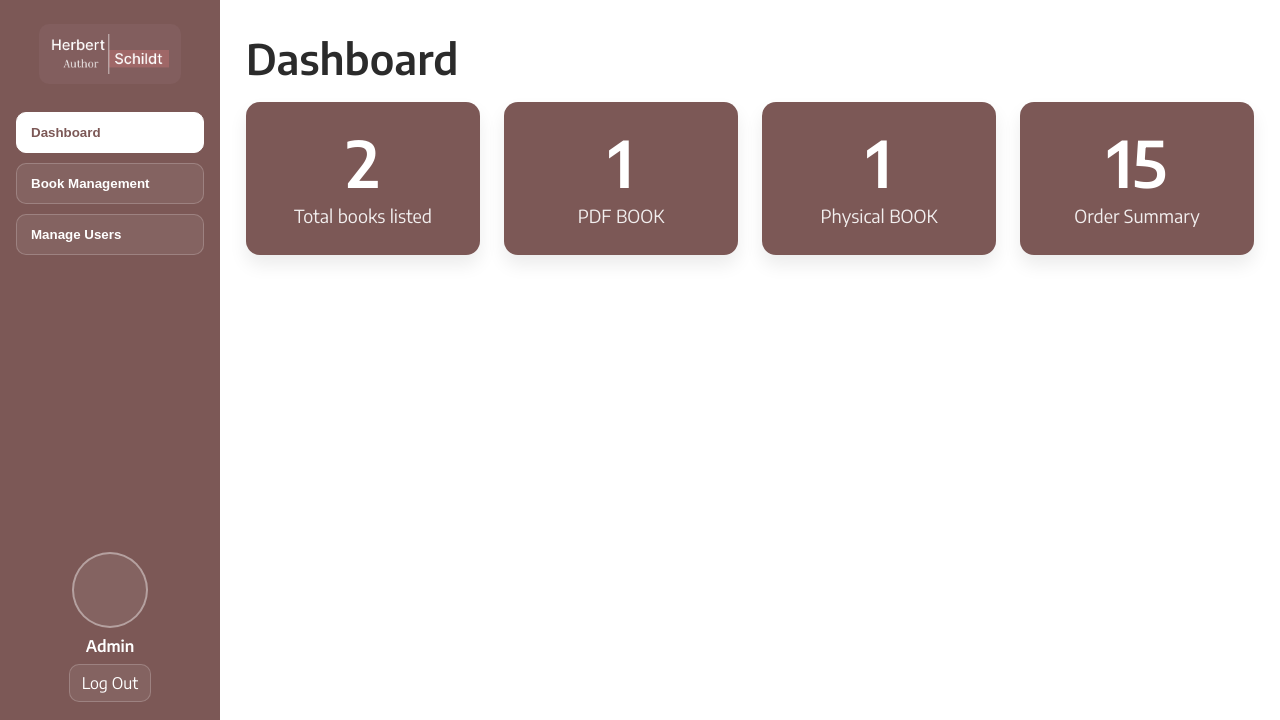
Repository: Darkrepo23/Author-Website-
Page: pages/Admin/admin.html
An editor plug-in stored every save of this project. The page is shown before and after the next save, followed by the edit.
The browser window is 1280 px wide. The pictures show the whole page.
The page's requests for data from a server got no answer.

Above is the page before, as saved 2025-09-11 08:17:48.

### pages/Admin/admin.html
<!DOCTYPE html>
<html lang="en">
<head>
  <meta charset="UTF-8" />
  <meta name="viewport" content="width=device-width, initial-scale=1.0" />
  <title>Admin | Herbert Schildt</title>
  <link rel="stylesheet" href="admin.css" />
  <link rel="preload" href="../font/Encode_Sans/static/EncodeSans-Regular.ttf" as="font" type="font/ttf" crossorigin>
  <link rel="preload" href="../font/Encode_Sans/static/EncodeSans-SemiBold.ttf" as="font" type="font/ttf" crossorigin>
</head>
<body>
  <aside class="sidebar">
    <div class="brand">
      <div class="brand-box">
        <img src="Group 10.png" alt="Herbert Schildt" class="brand-logo" />
      </div>
    </div>
    <button class="burger" id="burger" aria-label="Toggle menu">
      <span></span><span></span><span></span>
    </button>
    <nav class="menu">
      <button class="menu-item active" data-target="dashboard">Dashboard</button>
      <button class="menu-item" data-target="books">Book Management</button>
      <button class="menu-item" data-target="users">Manage Users</button>
    </nav>
    <div class="admin-profile">
      <div class="avatar" aria-hidden="true"></div>
      <div class="admin-name">Admin</div>
      <a href="../Login/pages/login.html" class="logout">Log Out</a>
    </div>
  </aside>

  <main class="content">
    <!-- DASHBOARD -->
    <section id="dashboard" class="section visible">
      <h1>Dashboard</h1>
      <div class="cards">
        <div class="card">
          <div class="card-num" id="stat-total-books">0</div>
          <div class="card-label">Total books listed</div>
        </div>
        <div class="card">
          <div class="card-num" id="stat-pdf">0</div>
          <div class="card-label">PDF BOOK</div>
        </div>
        <div class="card">
          <div class="card-num" id="stat-physical">0</div>
          <div class="card-label">Physical BOOK</div>
        </div>
        <div class="card">
          <div class="card-num" id="stat-orders">0</div>
          <div class="card-label">Order Summary</div>
        </div>
      </div>
    </section>

    <!-- BOOK MANAGEMENT -->
    <section id="books" class="section">
      <div class="section-head">
        <h1>Book Management</h1>
        <button class="primary" id="btn-open-add-book">
          <span class="icon-book" aria-hidden="true"></span>
          Add Book
        </button>
      </div>
      <div class="table-wrap">
        <table class="table">
          <thead>
            <tr>
              <th>Book Title</th>
              <th>Category</th>
              <th>Price</th>
              <th>Book Type</th>
              <th>Edit</th>
              <th>Delete</th>
            </tr>
          </thead>
          <tbody id="books-tbody"></tbody>
        </table>
      </div>
    </section>

    <!-- USERS -->
    <section id="users" class="section">
      <h1>Manage Users</h1>
      <div class="table-wrap">
        <table class="table">
          <thead>
            <tr>
              <th>Full Name</th>
              <th>Email</th>
              <th>Purchase Books</th>
              <th>Date Joined</th>
              <th>View</th>
            </tr>
          </thead>
          <tbody id="users-tbody"></tbody>
        </table>
      </div>
    </section>
  </main>

  <!-- Add/Edit Book Modal -->
  <div class="modal" id="book-modal" aria-hidden="true" role="dialog" aria-labelledby="book-modal-title">
    <div class="modal-card">
      <div class="modal-head">
        <h2 id="book-modal-title">Add New Books</h2>
        <button class="icon-close" id="book-modal-close" aria-label="Close"></button>
      </div>
      <div class="modal-body add-book-grid">
        <div class="book-image">
         <div class="img-cover"></div>
          <label class="secondary file-btn">
            <input type="file" id="book-cover" accept="image/*" hidden />
            Upload Image Book
          </label>
          <div class="field">
            <label>Book Type</label>
            <select id="book-type">
              <option value="PDF">PDF BOOK</option>
              <option value="PHYSICAL">PHYSICAL BOOK</option>
            </select>
          </div>
          <label class="secondary file-btn">
            <input type="file" id="book-pdf" accept="application/pdf" hidden />
            Upload PDF
          </label>
          <div class="physical-link">
            <input type="text" placeholder="Paste the website link" id="web-link">
          </div>
        </div>
        <form id="book-form" class="book-form" autocomplete="off">
          <div class="field">
            <label>Title</label>
            <input id="book-title" type="text" required />
          </div>
          <div class="field">
            <label>Description</label>
            <textarea id="book-description" rows="6"></textarea>
          </div>
          <div class="grid-3">
            <div class="field">
              <label>Price</label>
              <input id="book-price" type="number" step="0.01" min="0" required />
            </div>
            <div class="field">
              <label>Category</label>
              <input id="book-category" type="text" required />
            </div>
            <div class="field">
              <label>Rating</label>
              <input id="book-rating" type="number" step="0.1" min="0" max="5" />
            </div>
          </div>
          <div class="grid-3">
            <div class="field">
              <label>Year</label>
              <input id="book-year" type="number" min="1900" max="2100" />
            </div>
            <div class="field">
              <label>Pages</label>
              <input id="book-pages" type="number" min="1" />
            </div>
            <div class="field">
              <label>ISBN</label>
              <input id="book-isbn" type="text" />
            </div>
          </div>
          <div class="modal-actions">
            <button type="button" class="secondary" id="book-cancel">Go Back</button>
            <button type="submit" class="primary" id="book-submit">Add New Book</button>
          </div>
        </form>
      </div>
    </div>
  </div>

  <!-- User Details Modal -->
  <div class="modal" id="user-modal" aria-hidden="true" role="dialog" aria-labelledby="user-modal-title">
    <div class="modal-card">
      <div class="modal-head">
        <h2 id="user-modal-title">User Information</h2>
        <button class="icon-close" id="user-modal-close" aria-label="Close"></button>
      </div>
      <div class="modal-body">
        <div class="user-info">
          <div class="line"><span>Full Name:</span><b id="u-fullname"></b></div>
          <div class="line"><span>Email:</span><b id="u-email"></b></div>
          <div class="line"><span>Date Joined:</span><b id="u-joined"></b></div>
          <h3>Purchase Book</h3>
          <div id="u-books" class="chips"></div>
        </div>
        <div class="modal-actions gap">
          <button class="secondary" id="user-block">Block Account</button>
          <button class="danger" id="user-delete">Delete Account</button>
        </div>
      </div>
    </div>
  </div>

  <script src="admin.js"></script>
</body>
</html>

### pages/Admin/admin.css
@font-face {
  font-family: Encode;
  src: url("../font/Encode_Sans/static/EncodeSans-Regular.ttf") format("truetype");
  font-weight: 400;
  font-style: normal;
  font-display: swap;
}

@font-face {
  font-family: Encode;
  src: url("../font/Encode_Sans/static/EncodeSans-SemiBold.ttf") format("truetype");
  font-weight: 600;
  font-style: normal;
  font-display: swap;
}

:root {
  --brand: #7c5856;
  --brand-600: #6f4c4a;
  --text: #2b2b2b;
  --muted: #676767;
  --bg: #ffffff;
  --border: #d6d1d1;
  --shadow: 0 10px 18px rgba(0, 0, 0, .08);
}

* {
  box-sizing: border-box;
}

html,
body {
  height: 100%;
}

body {
  margin: 0;
  font-family: Encode, system-ui, -apple-system, Segoe UI, Roboto, Ubuntu, Cantarell, Noto Sans, sans-serif;
  color: var(--text);
  background: var(--bg);
  display: flex;
}

.sidebar {
  width: 220px;
  min-width: 220px;
  background: var(--brand);
  color: #fff;
  display: flex;
  flex-direction: column;
  position: sticky;
  top: 0;
  height: 100vh;
  padding: 18px 16px;
  gap: 18px;
}

.brand {
  display: flex;
  align-items: center;
  justify-content: center;
  padding: 6px 0 10px;
}

.brand-box {
  background: #825E5E;
  padding: 10px 12px;
  border-radius: 10px;
  display: inline-flex;
  align-items: center;
  justify-content: center;
}

.brand-logo {
  height: 40px;
  filter: brightness(100%);
}

.burger {
  display: none;
  position: absolute;
  top: 16px;
  right: -48px;
  background: #fff;
  border: none;
  border-radius: 8px;
  padding: 10px;
  box-shadow: var(--shadow);
  cursor: pointer;
}

.burger span {
  display: block;
  width: 22px;
  height: 2px;
  background: var(--brand);
  margin: 4px 0;
}

.menu {
  display: flex;
  flex-direction: column;
  gap: 10px;
}

.menu-item {
  background: #fff1;
  color: #fff;
  border: 1px solid #ffffff33;
  border-radius: 10px;
  padding: 12px 14px;
  text-align: left;
  font-weight: 600;
  cursor: pointer;
}

.img-cover {
  height: 13rem;
  border: 1px solid black;
  width: 10rem;
  background-image: url(../../img/books/Java2.jpg);
  background-repeat: no-repeat;
  background-position: center;
  border-radius: 5px;
  background-size: cover;
}

.menu-item.active,
.menu-item:hover {
  background: #fff;
  border-color: #fff;
  color: var(--brand);
}

.admin-profile {
  margin-top: auto;
  display: flex;
  flex-direction: column;
  align-items: center;
  gap: 8px;
}

.avatar {
  width: 76px;
  height: 76px;
  border-radius: 50%;
  background: #fff1;
  border: 2px solid #ffffff66;
}

.admin-name {
  font-weight: 600;
}

.logout {
  color: #fff;
  background: #fff1;
  border: 1px solid #ffffff33;
  border-radius: 10px;
  padding: 8px 12px;
  text-decoration: none;
}

.logout:hover {
  background: #fff;
  color: var(--brand);
}

.content {
  flex: 1;
  padding: 32px 26px;
}

.section {
  display: none;
}

.section.visible {
  display: block;
}

.section h1 {
  margin: 0 0 18px;
  font-size: 42px;
}

.cards {
  display: grid;
  grid-template-columns: repeat(4, minmax(170px, 1fr));
  gap: 24px;
}

.card {
  background: var(--brand);
  color: #fff;
  border-radius: 14px;
  padding: 28px;
  text-align: center;
  box-shadow: var(--shadow);
}

.card-num {
  font-size: 64px;
  font-weight: 700;
  line-height: 1;
}

.card-label {
  opacity: .9;
  margin-top: 10px;
  font-size: 18px;
}

.section-head {
  display: flex;
  align-items: center;
  justify-content: space-between;
  gap: 16px;
}

.primary,
.secondary,
.danger {
  border: none;
  border-radius: 10px;
  padding: 12px 18px;
  font-weight: 700;
  cursor: pointer;
}

.primary {
  background: var(--brand);
  color: #fff;
}

.primary:hover {
  background: var(--brand-600);
}

.secondary {
  background: #e9e4e4;
  color: var(--text);
}

.danger {
  background: #e02828;
  color: #fff;
}

.table-wrap {
  background: #fff;
  border: 1px solid var(--border);
  border-radius: 10px;
  overflow: auto;
}

.table {
  width: 100%;
  border-collapse: collapse;
  min-width: 740px;
}

.table th,
.table td {
  padding: 16px 18px;
  border-bottom: 1px solid var(--border);
}

.table thead th {
  background: #f6f3f3;
  text-align: left;
}

.table td .small {
  font-size: 12px;
  color: var(--muted);
}

.table button {
  padding: 8px 12px;
  border-radius: 8px;
  border: 1px solid var(--border);
  background: #eee;
  cursor: pointer;
}

.table button:hover {
  background: #e2dfdf;
}

/* MODAL */
.modal {
  position: fixed;
  inset: 0;
  background: rgba(0, 0, 0, .35);
  display: none;
  align-items: center;
  justify-content: center;
  padding: 20px;
}

.modal.show {
  display: flex;
}

.modal-card {
  width: min(980px, 100%);
  background: #fff;
  border-radius: 12px;
  box-shadow: var(--shadow);
  overflow: hidden;
}

.modal-head {
  display: flex;
  align-items: center;
  justify-content: space-between;
  padding: 18px 20px;
  border-bottom: 1px solid var(--border);
}

.modal-body {
  padding: 20px;
}

.icon-close {
  width: 32px;
  height: 32px;
  border-radius: 8px;
  border: 1px solid var(--border);
  background: #f5f5f5;
  cursor: pointer;
}

.icon-close:before {
  content: "\00D7";
  display: block;
  text-align: center;
  font-size: 20px;
  line-height: 30px;
  color: var(--text);
}

.add-book-grid {
  display: grid;
  grid-template-columns: 280px 1fr;
  gap: 24px;
}

#book-type {
  border-radius: 5px;
  outline: none;
  border: 1px s;
}

.book-image img {
  width: 100%;
  height: auto;
  border: 1px solid var(--border);
  border-radius: 8px;
}

.file-btn {
  display: inline-block;
  text-align: center;
  margin-top: 10px;
}

.book-form .field {
  display: flex;
  flex-direction: column;
  gap: 8px;
  margin-bottom: 12px;
}

.book-form input,
.book-form textarea,
.book-form select {
  padding: 12px 12px;
  border: 1px solid var(--border);
  border-radius: 10px;
  font: inherit;
}

.grid-3 {
  display: grid;
  grid-template-columns: repeat(3, 1fr);
  gap: 12px;
}

.modal-actions {
  display: flex;
  justify-content: flex-end;
  gap: 12px;
  margin-top: 8px;
}

.modal-actions.gap {
  justify-content: flex-start;
}

.user-info .line {
  display: flex;
  gap: 8px;
  margin: 6px 0;
  color: var(--muted);
}

.user-info h3 {
  margin-top: 12px;
}

.chips {
  display: flex;
  flex-wrap: wrap;
  gap: 10px;
  margin-top: 6px;
}

.chips:empty:before {
  content: "No purchase yet";
  color: var(--muted);
}

.chips .chip {
  background: #f0eeee;
  border: 1px solid var(--border);
  border-radius: 999px;
  padding: 6px 10px;
  font-size: 14px;
}

/* RESPONSIVE */
@media (max-width: 1024px) {
  .cards { grid-template-columns: repeat(2, 1fr); }
}

@media (max-width: 840px) {
  .sidebar {
    position: fixed;
    left: 0;
    z-index: 20;
    transform: translateX(-100%);
    transition: transform .25s;
  }
  .sidebar.open { transform: none; }
  .burger { display: block; }
  .content { padding: 24px 16px; margin-left: 0; }
  .add-book-grid { grid-template-columns: 1fr; }
  .grid-3 { grid-template-columns: 1fr; }
}

### pages/Admin/admin.js
/* Minimal, readable JS for the Admin dashboard. Uses localStorage for demo data. */
(function(){
  "use strict";

  const $ = (sel, root=document) => root.querySelector(sel);
  const $$ = (sel, root=document) => Array.from(root.querySelectorAll(sel));

  const SECTIONS = {
    dashboard: $('#dashboard'),
    books: $('#books'),
    users: $('#users')
  };

  const STORAGE_KEYS = {
    books: 'hs_books',
    users: 'hs_users',
    orders: 'hs_orders'
  };

  function getData(key, fallback){
    try{ return JSON.parse(localStorage.getItem(key)) ?? fallback; }catch{ return fallback; }
  }
  function setData(key, value){ localStorage.setItem(key, JSON.stringify(value)); }

  // Seed demo data if empty
  function seed(){
    const seeded = getData('hs_seeded', false);
    if(seeded) return;
    const demoBooks = [
      {id: crypto.randomUUID(), title:'C: The Complete Reference', category:'C Programming', price:49.99, type:'PDF'},
      {id: crypto.randomUUID(), title:'Java: The Complete Reference', category:'Java Programming', price:59.99, type:'PHYSICAL'}
    ];
    const demoUsers = [
      {id: crypto.randomUUID(), name:'C: The Compl...', email:'c@example.com', purchases:['Java Programming..'], joined:'10/11/2025', blocked:false},
    ];
    const demoOrders = 15;
    setData(STORAGE_KEYS.books, demoBooks);
    setData(STORAGE_KEYS.users, demoUsers);
    setData(STORAGE_KEYS.orders, demoOrders);
    setData('hs_seeded', true);
  }

  function switchSection(target){
    Object.values(SECTIONS).forEach(s => s.classList.remove('visible'));
    SECTIONS[target].classList.add('visible');
    $$('.menu-item').forEach(b => b.classList.toggle('active', b.dataset.target===target));
  }

  // Dashboard counters
  function refreshStats(){
    const books = getData(STORAGE_KEYS.books, []);
    const total = books.length;
    const pdf = books.filter(b => b.type==='PDF').length;
    const physical = books.filter(b => b.type==='PHYSICAL').length;
    const orders = getData(STORAGE_KEYS.orders, 0);
    $('#stat-total-books').textContent = total;
    $('#stat-pdf').textContent = pdf;
    $('#stat-physical').textContent = physical;
    $('#stat-orders').textContent = orders;
  }

  // BOOK MANAGEMENT
  function renderBooks(){
    const tbody = $('#books-tbody');
    const books = getData(STORAGE_KEYS.books, []);
    tbody.innerHTML = books.map(b => `
      <tr>
        <td>${b.title}</td>
        <td>${b.category}</td>
        <td>$${Number(b.price).toFixed(2)}</td>
        <td>${b.type}</td>
        <td><button data-action="edit" data-id="${b.id}">EDIT</button></td>
        <td><button data-action="delete" data-id="${b.id}">DELETE</button></td>
      </tr>
    `).join('');
  }

  function openBookModal(editId){
    const modal = $('#book-modal');
    const titleEl = $('#book-modal-title');
    const submitBtn = $('#book-submit');
    const form = $('#book-form');
    const typeSel = $('#book-type');
    const fields = {
      title: $('#book-title'),
      description: $('#book-description'),
      price: $('#book-price'),
      category: $('#book-category'),
      rating: $('#book-rating'),
      year: $('#book-year'),
      pages: $('#book-pages'),
      isbn: $('#book-isbn')
    };
    form.reset();
    form.dataset.editId = editId || '';
    if(editId){
      const book = getData(STORAGE_KEYS.books, []).find(b => b.id===editId);
      if(book){
        titleEl.textContent = 'Edit Book';
        submitBtn.textContent = 'Save Changes';
        fields.title.value = book.title;
        fields.price.value = book.price;
        fields.category.value = book.category;
        typeSel.value = book.type;
      }
    } else {
      titleEl.textContent = 'Add New Books';
      submitBtn.textContent = 'Add New Book';
    }
    modal.classList.add('show');
    modal.setAttribute('aria-hidden', 'false');
  }

  function closeBookModal(){
    const modal = $('#book-modal');
    modal.classList.remove('show');
    modal.setAttribute('aria-hidden', 'true');
  }

  function handleBookSubmit(e){
    e.preventDefault();
    const books = getData(STORAGE_KEYS.books, []);
    const typeSel = $('#book-type');
    const newData = {
      title: $('#book-title').value.trim(),
      category: $('#book-category').value.trim(),
      price: Number($('#book-price').value || 0),
      type: typeSel.value
    };
    const editId = e.currentTarget.dataset.editId;
    if(editId){
      const idx = books.findIndex(b => b.id===editId);
      if(idx>-1) books[idx] = {...books[idx], ...newData};
    }else{
      books.push({id: crypto.randomUUID(), ...newData});
    }
    setData(STORAGE_KEYS.books, books);
    closeBookModal();
    renderBooks();
    refreshStats();
  }

  function onBooksTableClick(e){
    const btn = e.target.closest('button');
    if(!btn) return;
    const id = btn.dataset.id;
    const action = btn.dataset.action;
    if(action==='edit') openBookModal(id);
    if(action==='delete'){
      const books = getData(STORAGE_KEYS.books, []);
      setData(STORAGE_KEYS.books, books.filter(b => b.id!==id));
      renderBooks();
      refreshStats();
    }
  }

  // USERS MANAGEMENT
  function renderUsers(){
    const tbody = $('#users-tbody');
    const users = getData(STORAGE_KEYS.users, []);
    tbody.innerHTML = users.map(u => `
      <tr>
        <td>${u.name}</td>
        <td>${u.email}</td>
        <td>${(u.purchases?.[0]||'').slice(0,16) || ''}</td>
        <td>${u.joined || ''}</td>
        <td><button data-action="view" data-id="${u.id}">View</button></td>
      </tr>
    `).join('');
  }

  function openUserModal(id){
    const users = getData(STORAGE_KEYS.users, []);
    const user = users.find(u => u.id===id);
    if(!user) return;
    $('#u-fullname').textContent = user.name;
    $('#u-email').textContent = user.email;
    $('#u-joined').textContent = user.joined || '';
    const chips = $('#u-books');
    chips.innerHTML = (user.purchases||[]).map(t => `<span class="chip">${t}</span>`).join('');
    $('#user-delete').onclick = function(){
      setData(STORAGE_KEYS.users, users.filter(u => u.id!==id));
      closeUserModal();
      renderUsers();
    };
    $('#user-block').onclick = function(){
      const idx = users.findIndex(u => u.id===id);
      if(idx>-1){ users[idx].blocked = !users[idx].blocked; setData(STORAGE_KEYS.users, users); }
      closeUserModal();
      renderUsers();
    };
    $('#user-modal').classList.add('show');
    $('#user-modal').setAttribute('aria-hidden','false');
  }

  function closeUserModal(){
    $('#user-modal').classList.remove('show');
    $('#user-modal').setAttribute('aria-hidden','true');
  }

  function onUsersTableClick(e){
    const btn = e.target.closest('button');
    if(!btn) return;
    if(btn.dataset.action==='view') openUserModal(btn.dataset.id);
  }

  // NAV + responsive sidebar
  function setupNav(){
    $$('.menu-item').forEach(b => b.addEventListener('click', ()=> switchSection(b.dataset.target)));
    $('#btn-open-add-book').addEventListener('click', ()=> openBookModal());
    $('#books-tbody').addEventListener('click', onBooksTableClick);
    $('#users-tbody').addEventListener('click', onUsersTableClick);
    $('#book-modal-close').addEventListener('click', closeBookModal);
    $('#book-cancel').addEventListener('click', closeBookModal);
    $('#book-form').addEventListener('submit', handleBookSubmit);
    $('#user-modal-close').addEventListener('click', closeUserModal);
    $('#burger').addEventListener('click', ()=> $('.sidebar').classList.toggle('open'));
  }

  // init
  seed();
  setupNav();
  renderBooks();
  renderUsers();
  refreshStats();
})();

After the next save:
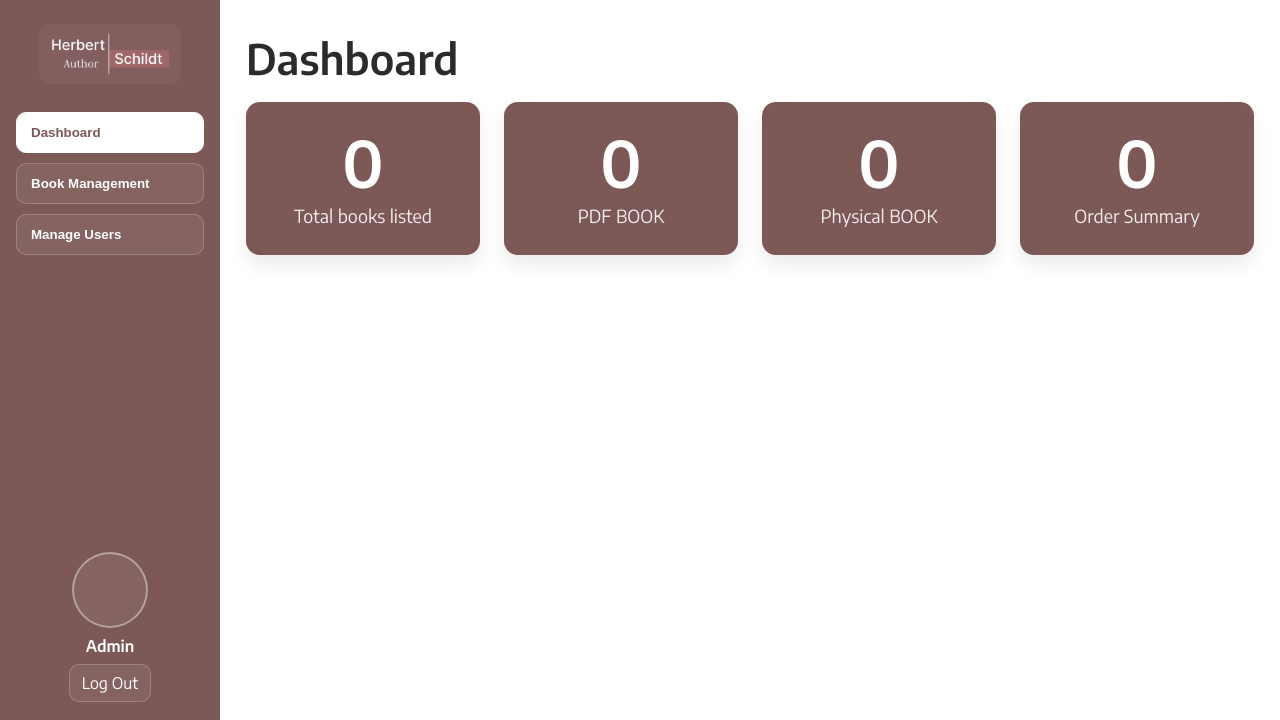
Saved 43 s later.
--- a/pages/Admin/admin.js
+++ b/pages/Admin/admin.js
@@ -23,22 +23,31 @@
   function setData(key, value){ localStorage.setItem(key, JSON.stringify(value)); }
 
   // Seed demo data if empty
-  function seed(){
+  async function seed(){
     const seeded = getData('hs_seeded', false);
     if(seeded) return;
-    const demoBooks = [
-      {id: crypto.randomUUID(), title:'C: The Complete Reference', category:'C Programming', price:49.99, type:'PDF'},
-      {id: crypto.randomUUID(), title:'Java: The Complete Reference', category:'Java Programming', price:59.99, type:'PHYSICAL'}
-    ];
-    const demoUsers = [
-      {id: crypto.randomUUID(), name:'C: The Compl...', email:'c@example.com', purchases:['Java Programming..'], joined:'10/11/2025', blocked:false},
-    ];
-    const demoOrders = 15;
-    setData(STORAGE_KEYS.books, demoBooks);
-    setData(STORAGE_KEYS.users, demoUsers);
-    setData(STORAGE_KEYS.orders, demoOrders);
-    setData('hs_seeded', true);
-  }
+
+    try {
+        // Fetch books from backend
+        const response = await fetch("http://127.0.0.1:5000/get-books");
+        if (!response.ok) throw new Error("Failed to fetch books");
+        const books = await response.json();
+        setData(STORAGE_KEYS.books, books);
+
+        // Optionally, fetch users from backend if you have an endpoint
+        // const usersResponse = await fetch("http://127.0.0.1:5000/get-users");
+        // const users = await usersResponse.json();
+        // setData(STORAGE_KEYS.users, users);
+
+        // For now, if no users endpoint, keep users empty
+        setData(STORAGE_KEYS.users, []);
+        setData(STORAGE_KEYS.orders, 0);
+
+        setData('hs_seeded', true);
+    } catch (error) {
+        console.error("Error fetching initial data:", error);
+    }
+}
 
   function switchSection(target){
     Object.values(SECTIONS).forEach(s => s.classList.remove('visible'));
